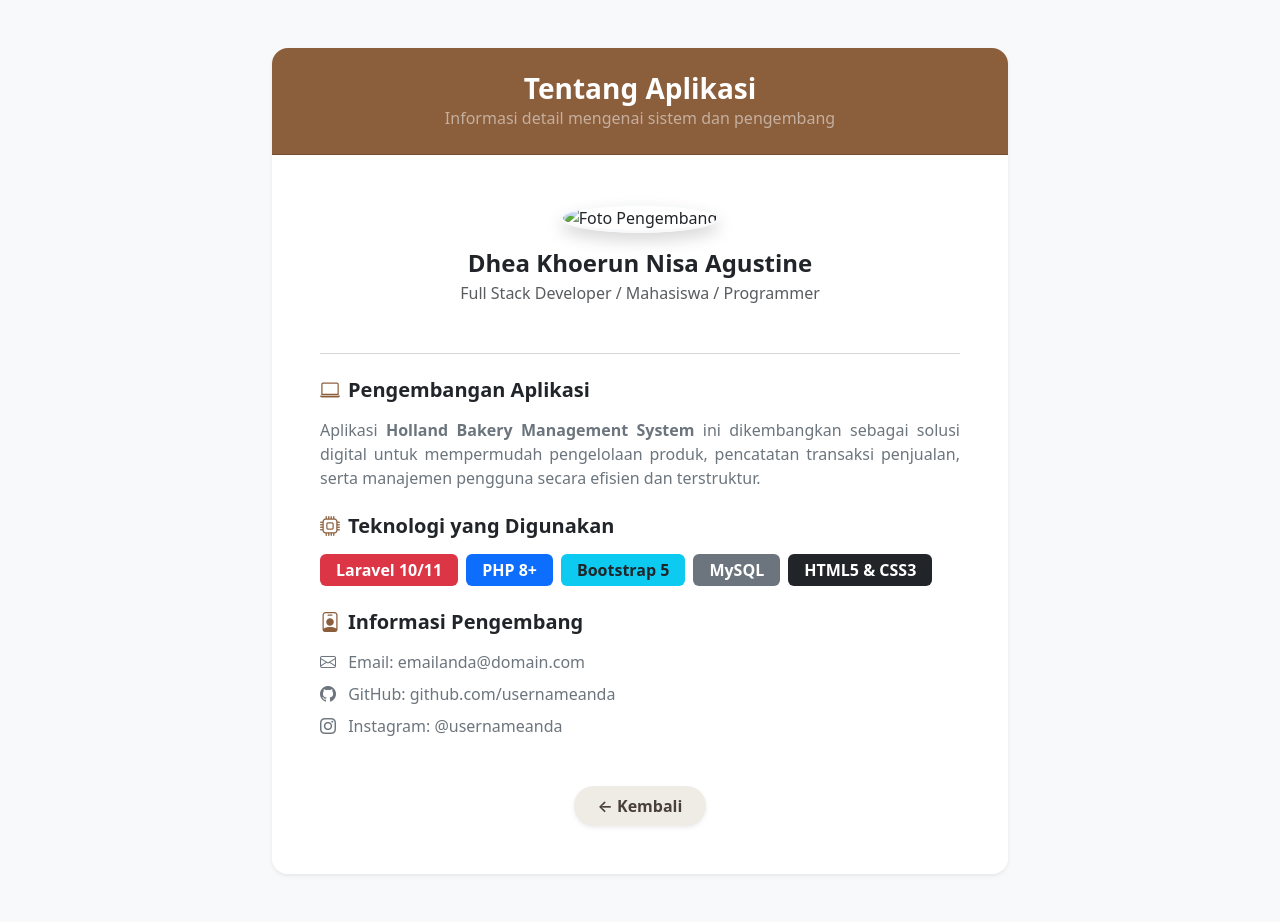
Repository: dheakhoerunnisaagustine/apk_pos4
Page: http://localhost/tentang
These files come from the project's save history. The page is drawn as it stood at one moment and after the next save; the edit follows.
The browser window is 1280 px wide. The pictures show the whole page.
Some web fonts or font styles are not loaded; a fallback is used. The page is served by the project's Laravel application, run on PHP 8.4 with Laravel 12. A made-up administrator, Test User (test@example.com), is signed in. Style sheets and scripts are compiled from the project's sources, by tool versions that may differ from the author's.

Above is the page before, as saved 2026-08-19 08:28:16.

After the next save:
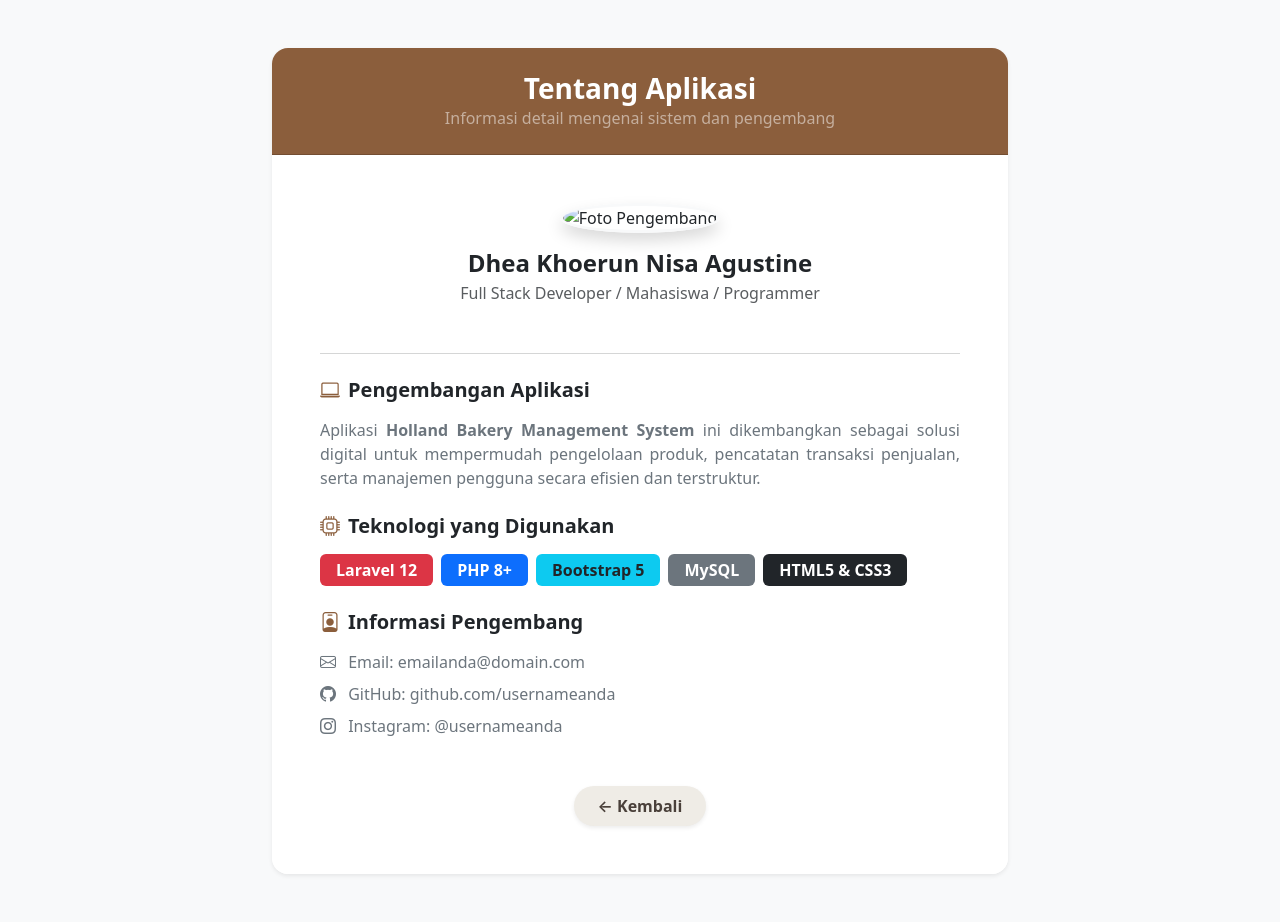
Saved 35 s later.
--- a/resources/views/tentang.blade.php
+++ b/resources/views/tentang.blade.php
@@ -41,7 +41,7 @@
                             <i class="bi bi-cpu me-2" style="color: #8B5E3C;"></i>Teknologi yang Digunakan
                         </h5>
                         <div class="d-flex flex-wrap gap-2">
-                            <span class="badge bg-danger px-3 py-2 fs-6">Laravel 10/11</span>
+                            <span class="badge bg-danger px-3 py-2 fs-6">Laravel 12</span>
                             <span class="badge bg-primary px-3 py-2 fs-6">PHP 8+</span>
                             <span class="badge bg-info text-dark px-3 py-2 fs-6">Bootstrap 5</span>
                             <span class="badge bg-secondary px-3 py-2 fs-6">MySQL</span>
